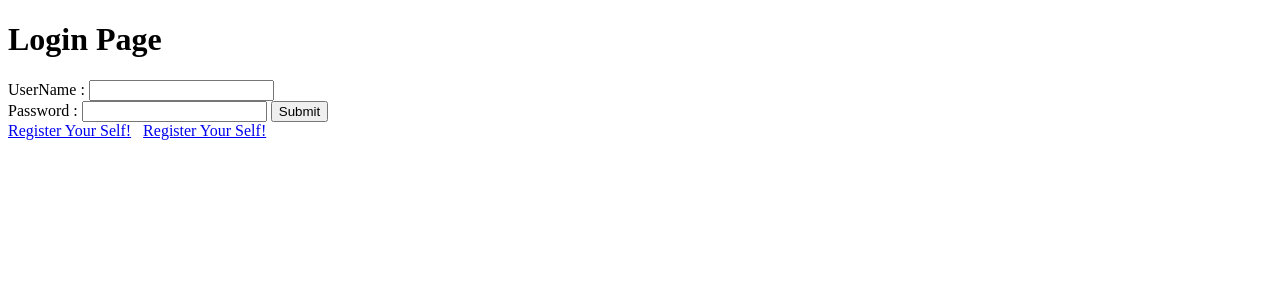
Repository: devgpta19/CDAC-Assignments
Page: http://localhost/CarVehicle/LoginPage.jsp
An editor plug-in stored every save of this project. The page is shown before and after the next save, followed by the edit.
The browser window is 1280 px wide. The pictures show the whole page.
The page is served by Tomcat 9.

Above is the page before, as saved 2025-12-11 06:26:21.

After the next save:
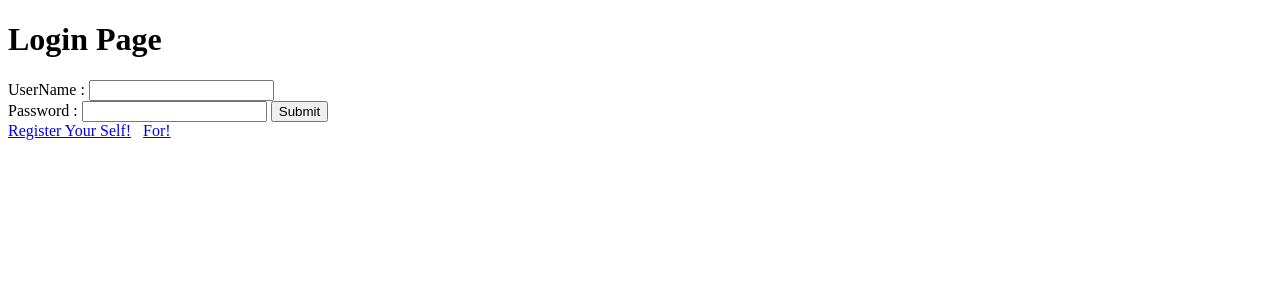
Saved 6 s later.
--- a/Adv.Java/Prac/CarVehicle/src/main/webapp/LoginPage.jsp
+++ b/Adv.Java/Prac/CarVehicle/src/main/webapp/LoginPage.jsp
@@ -24,7 +24,7 @@
 	</form>
 
 	<a href="/RegisterMe" >Register Your Self!</a> &nbsp;
-	<a href="/ForgotPass" >Register Your Self!</a> &nbsp;
+	<a href="/ForgotPass" >For!</a> &nbsp;
 
 </body>
 </html>
